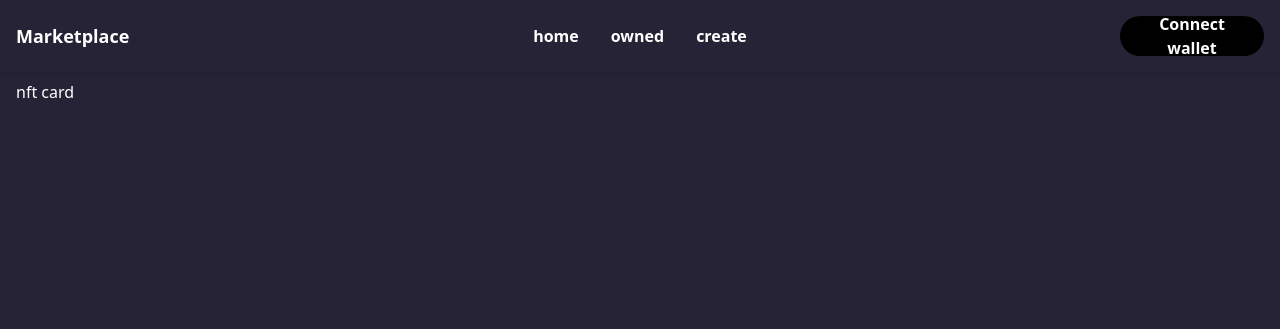
Repository: Kiendz3202/marketplace-frontend-nuxtjs
Page: /home
These files come from the project's save history. The page is drawn as it stood at one moment and after the next save; the edit follows.
The browser window is 1280 px wide. The pictures show the whole page.
The project was rebuilt for these pictures with package versions that can differ from the ones it lists, and the page was loaded fresh each time. The framework's server and built-in components were replaced by stand-ins that run in the browser. Also part of the build but not shown: nuxt.config.js, components/connectWallet/AddressAvatar.vue.

Above is the page before, as saved 2022-11-08 14:11:48.

After the next save:
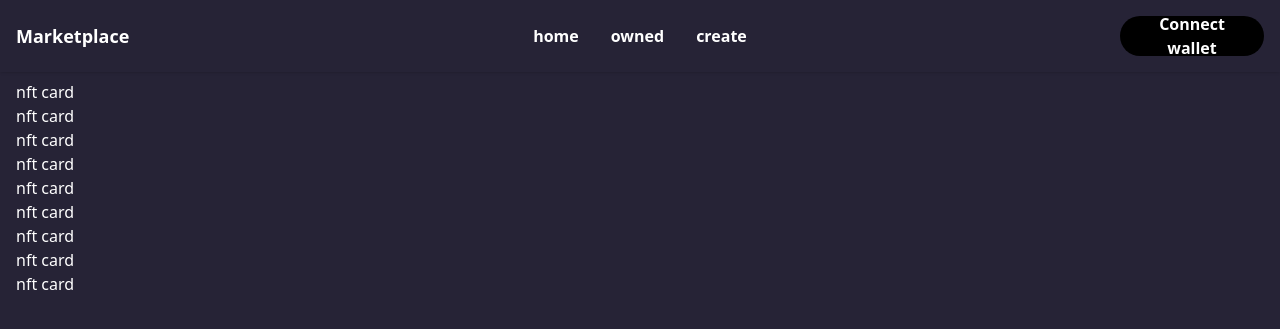
Saved 8 s later.
--- a/pages/home/index.vue
+++ b/pages/home/index.vue
@@ -1,7 +1,6 @@
 <template>
   <div className="flex flex-wrap">
-    <!-- <NftCard v-for="nft in listedNFTs" :key="nft"></NftCard> -->
-    <NftCard />
+    <NftCard v-for="nft in listedNFTs" :key="nft"></NftCard>
   </div>
 </template>
 
